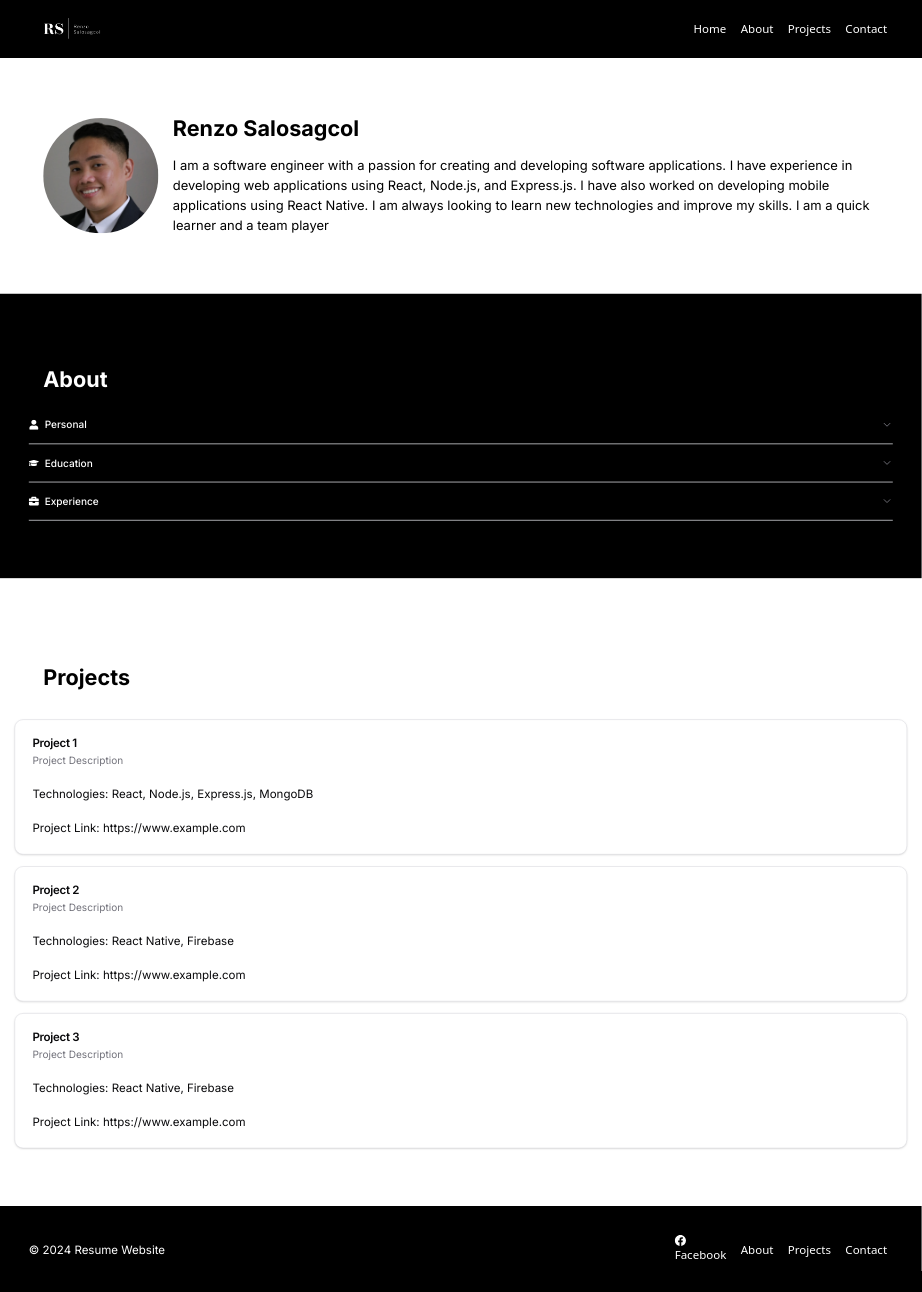
Repository: Renzo-Salosagcol/Portfolio-Website
Page: / (app in resume_website/)
The author's editor kept a copy of each file at every save. The page is drawn from the files as they stood at one save, then again after the next save.
The browser window is 1280 px wide. The pictures show the whole page, at 72% of full size.
The project was rebuilt for these pictures with package versions that can differ from the ones it lists, and the page was loaded fresh each time. Also part of the build but not shown: resume_website/vite.config.js.

Above is the page before, as saved 2024-12-18 14:03:12.

### resume_website/index.html
<!doctype html>
<html lang="en">
  <head>
    <meta charset="UTF-8" />
    <link rel="icon" type="image/svg+xml" href="/vite.svg" />
    <meta name="viewport" content="width=device-width, initial-scale=1.0" />
    <title>Renzo Salosagcol</title>
  </head>
  <body>
    <div id="root"></div>
    <script type="module" src="/src/main.jsx"></script>
  </body>
</html>

### resume_website/src/index.css
@import url('https://fonts.googleapis.com/css2?family=Inter:opsz,wght@14..32,100..900&family=Roboto:wght@400;500;700&display=swap');

@tailwind base;
@tailwind components;
@tailwind utilities;

:root {
  font-family: "Inter", sans-serif;
}

### resume_website/src/App.jsx
import Nav from './components/Nav'
import Hero from "./components/Hero";
import About from "./components/about";
import Projects from "./components/projects";
import Footer from "./components/footer";

const App = () => {
  return (
    <div>
      <div class="fixed h-full w-full bg-blue"><div class="absolute bottom-0 left-0 right-0 top-0 bg-[url(&#x27;/noise.png&#x27;)] bg-[size:300px_300px] bg-left-top"></div>
      </div>
      <nav className="fixed block w-full h-20 top-0">
        <Nav />
      </nav>
      <main className="mt-20">
        <Hero />
        <About />
        <Projects />
      </main>
      <footer>
        <Footer />
      </footer>
    </div>
  )
}

export default App;

### resume_website/src/components/Nav.jsx
import logoImage from "../assets/InitialPortfolioLogo.png";
import {
  NavigationMenu,
  NavigationMenuContent,
  NavigationMenuIndicator,
  NavigationMenuItem,
  NavigationMenuLink,
  NavigationMenuList,
  NavigationMenuTrigger,
  NavigationMenuViewport,
} from "../components/ui/navigation-menu";
import { navigationMenuTriggerStyle } from "../components/ui/navigation-menu";


const Nav = () => {
  return (
    <nav className="flex items-center bg-black w-full justify-between h-10 p-10 top-0">
      <div className="mx-5 flex-shrink-0">
        <img className="w-20 h-15" src={logoImage} alt="logo" />
      </div>
      <div className="flex-1 flex justify-end text-white">
        <NavigationMenu className="font-sans w-max">
          <NavigationMenuList className="flex">
            <NavigationMenuItem className="flex-1 px-2">
              <NavigationMenuLink href="#home" className="hover:underline">Home</NavigationMenuLink>
            </NavigationMenuItem>
            <NavigationMenuItem className="flex-1 px-2">
              <NavigationMenuLink href="#about" className="hover:underline">About</NavigationMenuLink>
            </NavigationMenuItem>
            <NavigationMenuItem className="flex-1 px-2">
              <NavigationMenuLink href="#projects" className="hover:underline">Projects</NavigationMenuLink>
            </NavigationMenuItem>
            <NavigationMenuItem className="flex-1 px-2">
              <NavigationMenuLink href="#contact" className="hover:underline">Contact</NavigationMenuLink>
            </NavigationMenuItem>
          </NavigationMenuList>
        </NavigationMenu>
      </div>
    </nav>
  );
}

export default Nav;

### resume_website/src/components/Hero.jsx
import profilePic from "../assets/ProfilePic.png";
import {HERO_INFO} from "../assets/constants";

const Hero = () => {
  return (
    <div id="home" className="bg-white text-black w-full flex items-center justify-between py-20 px-10">
      <img src={ profilePic } alt="profile" className="w-50 h-40 rounded-full mx-5"/>
      <div className="justify-items-start">
        <h1 className="text-3xl font-bold mb-5">Renzo Salosagcol</h1>
        <p className="text-lg">{HERO_INFO}</p>
      </div>
    </div>
  );
};

export default Hero;

### resume_website/src/components/about.jsx
import {
  Accordion,
  AccordionContent,
  AccordionItem,
  AccordionTrigger,
} from "@/components/ui/accordion"
import { PERSONAL_INFO, EDUCATION_INFO, EXPERIENCE_INFO } from "../assets/constants";
import { FaBriefcase, FaUser, FaGraduationCap } from "react-icons/fa"

const About = () => {
  return (
    <div id="about" className="p-10 py-20 bg-black text-white">
      <h1 className="text-3xl font-bold p-5">About</h1>
      <Accordion type="multiple" className="w-full">
        <AccordionItem value="item-1" className="">
          <AccordionTrigger className="justify-items-center"><div className="flex items-center"><FaUser /><div className="ml-2">Personal</div></div></AccordionTrigger>
          <AccordionContent>
            <div>{ PERSONAL_INFO }</div>
          </AccordionContent>
        </AccordionItem>
        <AccordionItem value="item-2">
        <AccordionTrigger className="justify-items-center"><div className="flex items-center"><FaGraduationCap /><div className="ml-2">Education</div></div></AccordionTrigger>
          <AccordionContent>
            <div>{ EDUCATION_INFO }</div>
          </AccordionContent>
        </AccordionItem>
        <AccordionItem value="item-3">
        <AccordionTrigger className="justify-items-center"><div className="flex items-center"><FaBriefcase /><div className="ml-2">Experience</div></div></AccordionTrigger>
          <AccordionContent>
            <div>{ EXPERIENCE_INFO }</div>
          </AccordionContent>
        </AccordionItem>
      </Accordion>
    </div>
  );
}

export default About;

### resume_website/src/components/projects.jsx
import {
  Card,
  CardContent,
  CardDescription,
  CardFooter,
  CardHeader,
  CardTitle,
} from "@/components/ui/card"

const Projects = () => {
  return (
    <div id="projects" className="p-5 py-20">
      <h1 className="text-3xl font-bold p-10">Projects</h1>
      <div className="flex flex-col space-y-4">
        <Card className="w-full">
          <CardHeader>
            <CardTitle>Project 1</CardTitle>
            <CardDescription>Project Description</CardDescription>
          </CardHeader>
          <CardContent>
            <p>Technologies: React, Node.js, Express.js, MongoDB</p>
          </CardContent>
          <CardFooter>
            <p>Project Link: <a href="https://www.example.com">https://www.example.com</a></p>
          </CardFooter>
        </Card>
        <Card className="w-full">
          <CardHeader>
            <CardTitle>Project 2</CardTitle>
            <CardDescription>Project Description</CardDescription>
          </CardHeader>
          <CardContent>
            <p>Technologies: React Native, Firebase</p>
          </CardContent>
          <CardFooter>
            <p>Project Link: <a href="https://www.example.com">https://www.example.com</a></p>
          </CardFooter>
        </Card>
        <Card className="w-full">
          <CardHeader>
            <CardTitle>Project 3</CardTitle>
            <CardDescription>Project Description</CardDescription>
          </CardHeader>
          <CardContent>
            <p>Technologies: React Native, Firebase</p>
          </CardContent>
          <CardFooter>
            <p>Project Link: <a href="https://www.example.com">https://www.example.com</a></p>
          </CardFooter>
        </Card>
      </div>
    </div>
  );
}

export default Projects;

### resume_website/src/components/footer.jsx
import { FaFacebook, FaInstagram, FaTwitter, FaLinkedin} from 'react-icons/fa';
import {
  NavigationMenu,
  NavigationMenuContent,
  NavigationMenuIndicator,
  NavigationMenuItem,
  NavigationMenuLink,
  NavigationMenuList,
  NavigationMenuTrigger,
  NavigationMenuViewport,
} from "../components/ui/navigation-menu";

const Footer = () => {
  return (
    <footer id="contact" className="bg-black text-white p-10 flex items-center">
      <p className='flex-shrink-0'>© 2024 Resume Website</p>
      <div className="flex-1 flex justify-end text-white">
        <NavigationMenu className="font-sans w-max">
          <NavigationMenuList className="flex">
            <NavigationMenuItem className="flex-1 px-2">
              <NavigationMenuLink href="#home" className="hover:underline"><FaFacebook /> Facebook</NavigationMenuLink>
            </NavigationMenuItem>
            <NavigationMenuItem className="flex-1 px-2">
              <NavigationMenuLink href="#about" className="hover:underline">About</NavigationMenuLink>
            </NavigationMenuItem>
            <NavigationMenuItem className="flex-1 px-2">
              <NavigationMenuLink href="#projects" className="hover:underline">Projects</NavigationMenuLink>
            </NavigationMenuItem>
            <NavigationMenuItem className="flex-1 px-2">
              <NavigationMenuLink href="#contact" className="hover:underline">Contact</NavigationMenuLink>
            </NavigationMenuItem>
          </NavigationMenuList>
        </NavigationMenu>
      </div>
    </footer>
  );
}

export default Footer;

### resume_website/src/components/ui/navigation-menu.jsx
import * as React from "react"
import * as NavigationMenuPrimitive from "@radix-ui/react-navigation-menu"
import { cva } from "class-variance-authority"
import { ChevronDown } from "lucide-react"

import { cn } from "@/lib/utils"

const NavigationMenu = React.forwardRef(({ className, children, ...props }, ref) => (
  <NavigationMenuPrimitive.Root
    ref={ref}
    className={cn(
      "relative z-10 flex max-w-max flex-1 items-center justify-center",
      className
    )}
    {...props}>
    {children}
    <NavigationMenuViewport />
  </NavigationMenuPrimitive.Root>
))
NavigationMenu.displayName = NavigationMenuPrimitive.Root.displayName

const NavigationMenuList = React.forwardRef(({ className, ...props }, ref) => (
  <NavigationMenuPrimitive.List
    ref={ref}
    className={cn(
      "group flex flex-1 list-none items-center justify-center space-x-1",
      className
    )}
    {...props} />
))
NavigationMenuList.displayName = NavigationMenuPrimitive.List.displayName

const NavigationMenuItem = NavigationMenuPrimitive.Item

const navigationMenuTriggerStyle = cva(
  "group inline-flex h-9 w-max items-center justify-center rounded-md bg-white px-4 py-2 text-sm font-medium transition-colors hover:bg-zinc-100 hover:text-zinc-900 focus:bg-zinc-100 focus:text-zinc-900 focus:outline-none disabled:pointer-events-none disabled:opacity-50 data-[active]:bg-zinc-100/50 data-[state=open]:bg-zinc-100/50 dark:bg-zinc-950 dark:hover:bg-zinc-800 dark:hover:text-zinc-50 dark:focus:bg-zinc-800 dark:focus:text-zinc-50 dark:data-[active]:bg-zinc-800/50 dark:data-[state=open]:bg-zinc-800/50"
)

const NavigationMenuTrigger = React.forwardRef(({ className, children, ...props }, ref) => (
  <NavigationMenuPrimitive.Trigger
    ref={ref}
    className={cn(navigationMenuTriggerStyle(), "group", className)}
    {...props}>
    {children}{""}
    <ChevronDown
      className="relative top-[1px] ml-1 h-3 w-3 transition duration-300 group-data-[state=open]:rotate-180"
      aria-hidden="true" />
  </NavigationMenuPrimitive.Trigger>
))
NavigationMenuTrigger.displayName = NavigationMenuPrimitive.Trigger.displayName

const NavigationMenuContent = React.forwardRef(({ className, ...props }, ref) => (
  <NavigationMenuPrimitive.Content
    ref={ref}
    className={cn(
      "left-0 top-0 w-full data-[motion^=from-]:animate-in data-[motion^=to-]:animate-out data-[motion^=from-]:fade-in data-[motion^=to-]:fade-out data-[motion=from-end]:slide-in-from-right-52 data-[motion=from-start]:slide-in-from-left-52 data-[motion=to-end]:slide-out-to-right-52 data-[motion=to-start]:slide-out-to-left-52 md:absolute md:w-auto",
      className
    )}
    {...props} />
))
NavigationMenuContent.displayName = NavigationMenuPrimitive.Content.displayName

const NavigationMenuLink = NavigationMenuPrimitive.Link

const NavigationMenuViewport = React.forwardRef(({ className, ...props }, ref) => (
  <div className={cn("absolute left-0 top-full flex justify-center")}>
    <NavigationMenuPrimitive.Viewport
      className={cn(
        "origin-top-center relative mt-1.5 h-[var(--radix-navigation-menu-viewport-height)] w-full overflow-hidden rounded-md border border-zinc-200 bg-white text-zinc-950 shadow data-[state=open]:animate-in data-[state=closed]:animate-out data-[state=closed]:zoom-out-95 data-[state=open]:zoom-in-90 md:w-[var(--radix-navigation-menu-viewport-width)] dark:border-zinc-800 dark:bg-zinc-950 dark:text-zinc-50",
        className
      )}
      ref={ref}
      {...props} />
  </div>
))
NavigationMenuViewport.displayName =
  NavigationMenuPrimitive.Viewport.displayName

const NavigationMenuIndicator = React.forwardRef(({ className, ...props }, ref) => (
  <NavigationMenuPrimitive.Indicator
    ref={ref}
    className={cn(
      "top-full z-[1] flex h-1.5 items-end justify-center overflow-hidden data-[state=visible]:animate-in data-[state=hidden]:animate-out data-[state=hidden]:fade-out data-[state=visible]:fade-in",
      className
    )}
    {...props}>
    <div
      className="relative top-[60%] h-2 w-2 rotate-45 rounded-tl-sm bg-zinc-200 shadow-md dark:bg-zinc-800" />
  </NavigationMenuPrimitive.Indicator>
))
NavigationMenuIndicator.displayName =
  NavigationMenuPrimitive.Indicator.displayName

export {
  navigationMenuTriggerStyle,
  NavigationMenu,
  NavigationMenuList,
  NavigationMenuItem,
  NavigationMenuContent,
  NavigationMenuTrigger,
  NavigationMenuLink,
  NavigationMenuIndicator,
  NavigationMenuViewport,
}

### resume_website/src/assets/constants.js
export const HERO_INFO = "I am a software engineer with a passion for creating and developing software applications. I have experience in developing web applications using React, Node.js, and Express.js. I have also worked on developing mobile applications using React Native. I am always looking to learn new technologies and improve my skills. I am a quick learner and a team player"

export const PERSONAL_INFO = "Personal: John Doe is located in Fullerton, California, United States. Contact: johndoe@example.com | (123) 456-7890. LinkedIn: linkedin.com/in/johndoe. Passionate and results-oriented software engineer with 5+ years of experience in developing scalable web applications. Adept at collaborating with cross-functional teams and committed to staying updated with the latest industry trends."

export const EDUCATION_INFO = "Education: Master of Science in Computer Science, University of California, Irvine, CA. Graduated: June 2022. Relevant Courses: Advanced Algorithms, Machine Learning, Distributed Systems. Bachelor of Science in Computer Science, California State University, Fullerton, CA. Graduated: May 2020. Relevant Courses: Data Structures, Database Management, Software Engineering."

export const EXPERIENCE_INFO = "Experience: Software Engineer at Tech Innovators Inc., Los Angeles, CA (June 2022 - Present). Developed and maintained web applications using React, Node.js, and MongoDB. Implemented RESTful APIs to enhance the functionality of the company's services. Collaborated with the product team to design and optimize user experiences. Junior Software Developer at Web Solutions LLC, Anaheim, CA (August 2020 - May 2022). Assisted in the development of e-commerce websites using HTML, CSS, and JavaScript. Worked closely with senior developers to troubleshoot and resolve software issues. Participated in code reviews and contributed to the improvement of development processes. Intern at Digital Innovations, Santa Ana, CA (June 2019 - August 2019). Supported the development of mobile applications using Flutter. Conducted testing and debugging to ensure app functionality and performance. Engaged in team meetings to discuss project progress and challenges."

### resume_website/src/components/ui/accordion.jsx
import * as React from "react"
import * as AccordionPrimitive from "@radix-ui/react-accordion"
import { ChevronDown } from "lucide-react"

import { cn } from "@/lib/utils"

const Accordion = AccordionPrimitive.Root

const AccordionItem = React.forwardRef(({ className, ...props }, ref) => (
  <AccordionPrimitive.Item ref={ref} className={cn("border-b", className)} {...props} />
))
AccordionItem.displayName = "AccordionItem"

const AccordionTrigger = React.forwardRef(({ className, children, ...props }, ref) => (
  <AccordionPrimitive.Header className="flex">
    <AccordionPrimitive.Trigger
      ref={ref}
      className={cn(
        "flex flex-1 items-center justify-between py-4 text-sm font-medium transition-all hover:underline text-left [&[data-state=open]>svg]:rotate-180",
        className
      )}
      {...props}>
      {children}
      <ChevronDown
        className="h-4 w-4 shrink-0 text-zinc-500 transition-transform duration-200 dark:text-zinc-400" />
    </AccordionPrimitive.Trigger>
  </AccordionPrimitive.Header>
))
AccordionTrigger.displayName = AccordionPrimitive.Trigger.displayName

const AccordionContent = React.forwardRef(({ className, children, ...props }, ref) => (
  <AccordionPrimitive.Content
    ref={ref}
    className="overflow-hidden text-sm data-[state=closed]:animate-accordion-up data-[state=open]:animate-accordion-down"
    {...props}>
    <div className={cn("pb-4 pt-0", className)}>{children}</div>
  </AccordionPrimitive.Content>
))
AccordionContent.displayName = AccordionPrimitive.Content.displayName

export { Accordion, AccordionItem, AccordionTrigger, AccordionContent }

### resume_website/src/components/ui/card.jsx
import * as React from "react"

import { cn } from "@/lib/utils"

const Card = React.forwardRef(({ className, ...props }, ref) => (
  <div
    ref={ref}
    className={cn(
      "rounded-xl border border-zinc-200 bg-white text-zinc-950 shadow dark:border-zinc-800 dark:bg-zinc-950 dark:text-zinc-50",
      className
    )}
    {...props} />
))
Card.displayName = "Card"

const CardHeader = React.forwardRef(({ className, ...props }, ref) => (
  <div
    ref={ref}
    className={cn("flex flex-col space-y-1.5 p-6", className)}
    {...props} />
))
CardHeader.displayName = "CardHeader"

const CardTitle = React.forwardRef(({ className, ...props }, ref) => (
  <div
    ref={ref}
    className={cn("font-semibold leading-none tracking-tight", className)}
    {...props} />
))
CardTitle.displayName = "CardTitle"

const CardDescription = React.forwardRef(({ className, ...props }, ref) => (
  <div
    ref={ref}
    className={cn("text-sm text-zinc-500 dark:text-zinc-400", className)}
    {...props} />
))
CardDescription.displayName = "CardDescription"

const CardContent = React.forwardRef(({ className, ...props }, ref) => (
  <div ref={ref} className={cn("p-6 pt-0", className)} {...props} />
))
CardContent.displayName = "CardContent"

const CardFooter = React.forwardRef(({ className, ...props }, ref) => (
  <div
    ref={ref}
    className={cn("flex items-center p-6 pt-0", className)}
    {...props} />
))
CardFooter.displayName = "CardFooter"

export { Card, CardHeader, CardFooter, CardTitle, CardDescription, CardContent }

Loaded but not shown: resume_website/src/main.jsx (common file); resume_website/src/lib/utils.js (common file); resume_website/tailwind.config.js (common file)

After the next save:
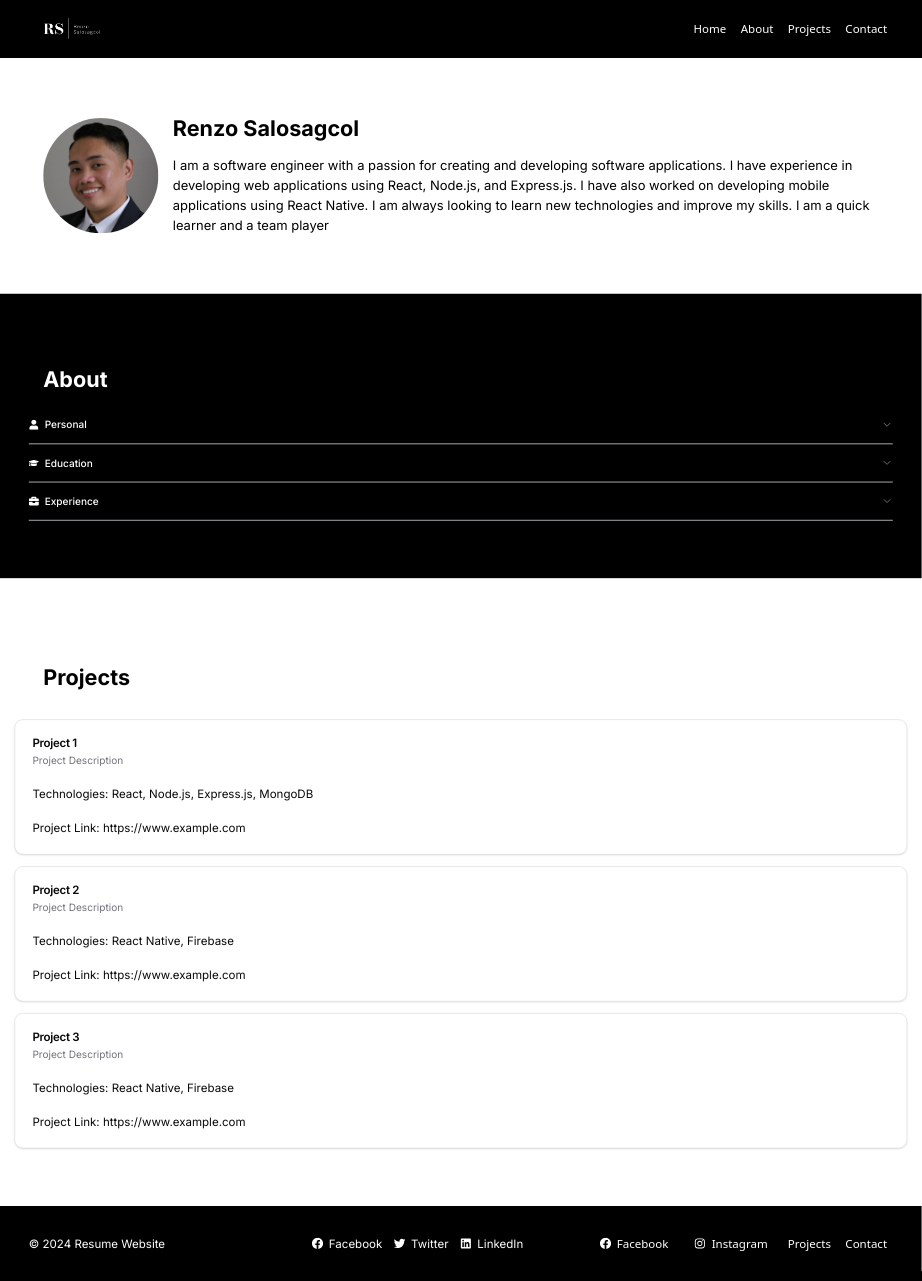
Saved 2 min 1 s later.
--- a/resume_website/src/components/footer.jsx
+++ b/resume_website/src/components/footer.jsx
@@ -14,14 +14,47 @@ const Footer = () => {
   return (
     <footer id="contact" className="bg-black text-white p-10 flex items-center">
       <p className='flex-shrink-0'>© 2024 Resume Website</p>
+      <ul className='flex flex-1 justify-end'>
+        <li className='hover:underline'>
+          <a className='flex items-center mx-2' href=''>
+            <FaFacebook />
+            <div className='ml-2'>Facebook</div>
+          </a>
+        </li>
+        <li className=''>
+
+        </li>
+        <li className=''>
+          <a className='flex items-center mx-2'>
+            <FaTwitter />
+            <div className='ml-2'>Twitter</div>
+          </a>
+        </li>
+        <li className=''>
+          <a className='flex items-center mx-2'>
+            <FaLinkedin />
+            <div className='ml-2'>LinkedIn</div>
+          </a>
+        </li>
+      </ul>
       <div className="flex-1 flex justify-end text-white">
         <NavigationMenu className="font-sans w-max">
           <NavigationMenuList className="flex">
             <NavigationMenuItem className="flex-1 px-2">
-              <NavigationMenuLink href="#home" className="hover:underline"><FaFacebook /> Facebook</NavigationMenuLink>
+              <NavigationMenuLink href="#home" className="hover:underline">
+                <a className='flex items-center mx-2' href=''>
+                  <FaFacebook />
+                  <div className='ml-2'>Facebook</div>
+                </a>
+              </NavigationMenuLink>
             </NavigationMenuItem>
             <NavigationMenuItem className="flex-1 px-2">
-              <NavigationMenuLink href="#about" className="hover:underline">About</NavigationMenuLink>
+              <NavigationMenuLink href="#about" className="hover:underline">
+                <a className='flex items-center mx-2'>
+                  <FaInstagram />
+                  <div className='ml-2'>Instagram</div>
+                </a>
+              </NavigationMenuLink>
             </NavigationMenuItem>
             <NavigationMenuItem className="flex-1 px-2">
               <NavigationMenuLink href="#projects" className="hover:underline">Projects</NavigationMenuLink>
